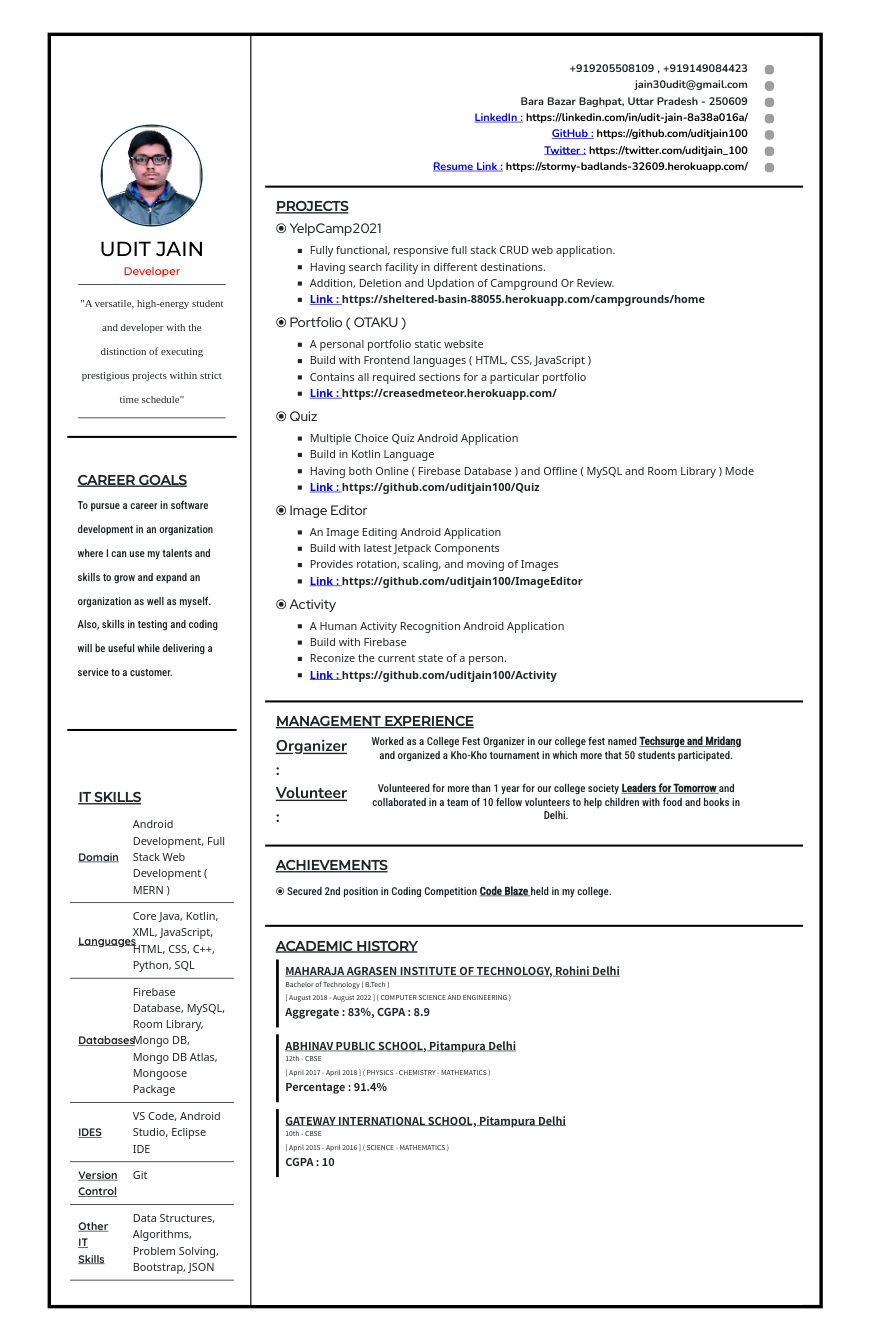
Repository: uditjain100/Resume
Page: index.html
An editor plug-in stored every save of this project. The page is shown before and after the next save, followed by the edit.
The browser window is 1280 px wide. The pictures show the whole page, at 68% of full size.
Pictures or frames that could not be fetched are drawn as grey boxes. Some web fonts or font styles are not loaded; a fallback is used.

Above is the page before, as saved 2021-05-28 02:10:49.

### index.html
<!DOCTYPE html>
<html lang="en">
	<head>
		<meta charset="UTF-8" />
		<meta http-equiv="X-UA-Compatible" content="IE=edge" />
		<meta name="viewport" content="width=device-width, initial-scale=1.0" />
		<title>RESUME : Udit Jain</title>
		<link rel="stylesheet" href="app.css" />
		<script
			src="https://code.jquery.com/jquery-3.5.1.min.js"
			integrity="sha256-9/aliU8dGd2tb6OSsuzixeV4y/faTqgFtohetphbbj0="
			crossorigin="anonymous"
		></script>
		<link
			href="https://cdn.jsdelivr.net/npm/bootstrap@5.0.0-beta1/dist/css/bootstrap.min.css"
			rel="stylesheet"
			integrity="sha384-giJF6kkoqNQ00vy+HMDP7azOuL0xtbfIcaT9wjKHr8RbDVddVHyTfAAsrekwKmP1"
			crossorigin="anonymous"
		/>

		<link rel="preconnect" href="https://fonts.gstatic.com" />
		<link
			href="https://fonts.googleapis.com/css2?family=Montserrat:wght@300;500&display=swap"
			rel="stylesheet"
		/>
		<link
			href="https://fonts.googleapis.com/css2?family=Roboto+Condensed:wght@500&display=swap"
			rel="stylesheet"
		/>
		<link
			href="https://fonts.googleapis.com/css2?family=Spartan:wght@500&display=swap"
			rel="stylesheet"
		/>
		<link
			href="https://fonts.googleapis.com/css2?family=Red+Hat+Display:wght@500&display=swap"
			rel="stylesheet"
		/>
		<link
			href="https://fonts.googleapis.com/css2?family=Ubuntu:wght@300&display=swap"
			rel="stylesheet"
		/>
		<link
			href="https://fonts.googleapis.com/css2?family=Quicksand:wght@700&display=swap"
			rel="stylesheet"
		/>
		<link
			href="https://fonts.googleapis.com/css2?family=Nunito:wght@700&display=swap"
			rel="stylesheet"
		/>
		<link
			href="https://fonts.googleapis.com/css2?family=Akaya+Kanadaka&display=swap"
			rel="stylesheet"
		/>
		<link
			href="https://fonts.googleapis.com/css2?family=Poppins:wght@400&display=swap"
			rel="stylesheet"
		/>
		<link
			href="https://fonts.googleapis.com/css2?family=Noto+Sans+JP&display=swap"
			rel="stylesheet"
		/>
	</head>
	<body>
		<main class="container row my-5 mx-auto" id="wholewindow">
			<section id="leftwindow" class="col-3">
				<article id="namebox">
					<img
						id="profileimg"
						src="profile.jpg"
						class="card-img-top"
						alt="..."
					/>
					<div class="card-body">
						<h3
							class="card-title"
							style="
								color: black;
								text-decoration: none;
								font-size: 30px;
								font-weight: 400;
							"
						>
							UDIT JAIN
						</h3>
						<h6 class="card-subtitle mx-auto">Developer</h6>
						<p id="summary">
							"A versatile, high-energy student and developer with the
							distinction of executing prestigious projects within strict time
							schedule"
						</p>
					</div>
				</article>

				<article class="card-body" id="goalbox">
					<h3 class="card-title">CAREER GOALS</h3>
					<p>
						To pursue a career in software development in an organization where
						I can use my talents and skills to grow and expand an organization
						as well as myself. Also, skills in testing and coding will be useful
						while delivering a service to a customer.
					</p>
				</article>

				<article class="card-body" id="itskillsbox">
					<h3 class="card-title">IT SKILLS</h3>
					<ul class="list-group">
						<li id="itskillsitem" class="row">
							<span class="col-4" id="que">Domain</span>
							<span class="col-8" id="ans"
								>Android Development, Full Stack Web Development ( MERN )</span
							>
						</li>
						<li id="itskillsitem" class="row">
							<span class="col-4" id="que">Languages</span>
							<span class="col-8" id="ans"
								>Core Java, Kotlin, XML, JavaScript, HTML, CSS, C++, Python,
								SQL</span
							>
						</li>
						<li id="itskillsitem" class="row">
							<span class="col-4" id="que">Databases</span>
							<span class="col-8" id="ans"
								>Firebase Database, MySQL, Room Library, Mongo DB, Mongo DB
								Atlas, Mongoose Package</span
							>
						</li>
						<li id="itskillsitem" class="row">
							<span class="col-4" id="que">IDES</span>
							<span class="col-8" id="ans"
								>VS Code, Android Studio, Eclipse IDE</span
							>
						</li>
						<li id="itskillsitem" class="row">
							<span class="col-4" id="que">Version Control</span>
							<span class="col-8" id="ans">Git</span>
						</li>
						<li id="itskillsitem" class="row">
							<span class="col-4" id="que">Other IT Skills</span>
							<span class="col-8" id="ans"
								>Data Structures, Algorithms, Problem Solving, Bootstrap,
								JSON</span
							>
						</li>
					</ul>
				</article>
			</section>
			<section id="rightwindow" class="col-9">
				<article class="card-body" id="contactbox">
					<ul class="list-group">
						<li id="contactitem" class="row">
							<div class="col-11">+919205508109 , +919149084423</div>
							<div class="col-1">
								<img
									src="https://cdn.jsdelivr.net/npm/simple-icons@3.0.1/icons/android.svg"
									alt=""
								/>
							</div>
						</li>
						<li id="contactitem" class="row">
							<div class="col-11">jain30udit@gmail.com</div>
							<div class="col-1">
								<img
									src="https://cdn.jsdelivr.net/npm/simple-icons@3.0.1/icons/gmail.svg"
									alt=""
								/>
							</div>
						</li>
						<li id="contactitem" class="row">
							<div class="col-11">
								Bara Bazar Baghpat, Uttar Pradesh - 250609
							</div>
							<div class="col-1">
								<img
									src="https://cdn.jsdelivr.net/npm/simple-icons@3.0.1/icons/googlemaps.svg"
									alt=""
								/>
							</div>
						</li>
						<li id="contactitem" class="row">
							<div class="col-11">
								<span>LinkedIn :</span>
								<a href="https://linkedin.com/in/udit-jain-8a38a016a/"
									>https://linkedin.com/in/udit-jain-8a38a016a/</a
								>
							</div>
							<div class="col-1">
								<img
									src="https://cdn.jsdelivr.net/npm/simple-icons@4.13.0/icons/linkedin.svg"
									alt=""
								/>
							</div>
						</li>
						<li id="contactitem" class="row">
							<div class="col-11">
								<span>GitHub :</span>
								<a href="https://github.com/uditjain100"
									>https://github.com/uditjain100</a
								>
							</div>
							<div class="col-1">
								<img
									src="https://cdn.jsdelivr.net/npm/simple-icons@4.13.0/icons/github.svg"
									alt=""
								/>
							</div>
						</li>
						<li id="contactitem" class="row">
							<div class="col-11">
								<span>Twitter :</span>
								<a href="https://twitter.com/uditjain_100"
									>https://twitter.com/uditjain_100</a
								>
							</div>
							<div class="col-1">
								<img
									src="https://cdn.jsdelivr.net/npm/simple-icons@4.13.0/icons/twitter.svg"
									alt=""
								/>
							</div>
						</li>
						<li id="contactitem" class="row">
							<div class="col-11">
								<span>Resume Link :</span>
								<a href="https://stormy-badlands-32609.herokuapp.com/"
									>https://stormy-badlands-32609.herokuapp.com/</a
								>
							</div>
							<div class="col-1">
								<img
									src="https://cdn.jsdelivr.net/npm/simple-icons@4.13.0/icons/webpack.svg"
									alt=""
								/>
							</div>
						</li>
					</ul>
				</article>

				<article class="card-body" id="projectbox">
					<h3 class="card-title">PROJECTS</h3>
					<ul class="list-group">
						<li id="projectitem">
							<h5 id="projecttitle">⦿ YelpCamp2021</h5>
							<div id="projectdetails">
								<ul class="list-group">
									<li>
										Fully functional, responsive full stack CRUD web
										application.
									</li>
									<li>Having search facility in different destinations.</li>
									<li>
										Addition, Deletion and Updation of Campground Or Review.
									</li>
									<li>
										<span>Link : </span>
										https://sheltered-basin-88055.herokuapp.com/campgrounds/home
									</li>
								</ul>
							</div>
						</li>
						<li id="projectitem">
							<h5 id="projecttitle">⦿ Portfolio ( OTAKU )</h5>
							<div id="projectdetails">
								<ul class="list-group">
									<li>A personal portfolio static website</li>
									<li>
										Build with Frontend languages ( HTML, CSS, JavaScript )
									</li>
									<li>
										Contains all required sections for a particular portfolio
									</li>
									<li>
										<span>Link : </span>
										https://creasedmeteor.herokuapp.com/
									</li>
								</ul>
							</div>
						</li>
						<li id="projectitem">
							<h5 id="projecttitle">⦿ Quiz</h5>
							<div id="projectdetails">
								<ul class="list-group">
									<li>Multiple Choice Quiz Android Application</li>
									<li>Build in Kotlin Language</li>
									<li>
										Having both Online ( Firebase Database ) and Offline ( MySQL
										and Room Library ) Mode
									</li>
									<li>
										<span>Link : </span>
										https://github.com/uditjain100/Quiz
									</li>
								</ul>
							</div>
						</li>
						<li id="projectitem">
							<h5 id="projecttitle">⦿ Image Editor</h5>
							<div id="projectdetails">
								<ul class="list-group">
									<li>An Image Editing Android Application</li>
									<li>Build with latest Jetpack Components</li>
									<li>Provides rotation, scaling, and moving of Images</li>
									<li>
										<span>Link : </span>
										https://github.com/uditjain100/ImageEditor
									</li>
								</ul>
							</div>
						</li>
						<li id="projectitem">
							<h5 id="projecttitle">⦿ Activity</h5>
							<div id="projectdetails">
								<ul class="list-group">
									<li>A Human Activity Recognition Android Application</li>
									<li>Build with Firebase</li>
									<li>Reconize the current state of a person.</li>
									<li>
										<span>Link : </span>
										https://github.com/uditjain100/Activity
									</li>
								</ul>
							</div>
						</li>
					</ul>
				</article>

				<article class="card-body" id="managementskillsbox">
					<h3 class="card-title">MANAGEMENT EXPERIENCE</h3>
					<ul class="list-group">
						<li id="managementskillsitem" class="row">
							<span id="tag" class="col-2"><span>Organizer</span> : </span>
							<p class="col-9">
								Worked as a College Fest Organizer in our college fest named
								<span style="font-weight: 700; text-decoration: underline"
									>Techsurge and Mridang
								</span>
								and organized a Kho-Kho tournament in which more that 50
								students participated.
							</p>
						</li>
						<li id="managementskillsitem" class="row">
							<span id="tag" class="col-2"><span>Volunteer</span> : </span>
							<p class="col-9">
								Volunteered for more than 1 year for our college society
								<span style="font-weight: 700; text-decoration: underline"
									>Leaders for Tomorrow </span
								>and collaborated in a team of 10 fellow volunteers to help
								children with food and books in Delhi.
							</p>
						</li>
					</ul>
				</article>

				<article class="card-body" id="achievementsbox">
					<h3 class="card-title">ACHIEVEMENTS</h3>
					<ul class="list-group">
						<li id="achievementitem" class="row">
							<p>
								⦿ Secured 2nd position in Coding Competition
								<span style="font-weight: 700; text-decoration: underline"
									>Code Blaze
								</span>
								held in my college.
							</p>
						</li>
					</ul>
				</article>

				<article class="card-body" id="educationbox">
					<h3 class="card-title">ACADEMIC HISTORY</h3>
					<ul class="list-group">
						<li id="educationitem">
							<h6 id="institutename">
								MAHARAJA AGRASEN INSTITUTE OF TECHNOLOGY, Rohini Delhi
							</h6>
							<h6 id="stream">Bachelor of Technology ( B.Tech )</h6>
							<h6 id="subjects">
								[ August 2018 - August 2022 ] ( COMPUTER SCIENCE AND ENGINEERING
								)
							</h6>
							<h6 id="marks">Aggregate : 83%, CGPA : 8.9</h6>
						</li>
						<li id="educationitem">
							<h6 id="institutename">ABHINAV PUBLIC SCHOOL, Pitampura Delhi</h6>
							<h6 id="stream">12th - CBSE</h6>
							<h6 id="subjects">
								[ April 2017 - April 2018 ] ( PHYSICS - CHEMISTRY - MATHEMATICS
								)
							</h6>
							<h6 id="marks">Percentage : 91.4%</h6>
						</li>
						<li id="educationitem">
							<h6 id="institutename">
								GATEWAY INTERNATIONAL SCHOOL, Pitampura Delhi
							</h6>
							<h6 id="stream">10th - CBSE</h6>
							<h6 id="subjects">
								[ April 2015 - April 2016 ] ( SCIENCE - MATHEMATICS )
							</h6>
							<h6 id="marks">CGPA : 10</h6>
						</li>
					</ul>
				</article>
			</section>
		</main>
	</body>
</html>

### app.css
/* * Common Section */

@keyframes transitionIn {
	from {
		opacity: 0;
		transform: rotateY(-10deg);
	}
	to {
		opacity: 1;
		transform: rotateY(0);
	}
}

html {
	animation: transitionIn 1s;
}

p {
	font-family: "Roboto Condensed", sans-serif;
	line-height: 35px;
}

ul {
	list-style: none;
}
article {
	border-bottom: 3px black solid;
}

.card-title {
	font-family: "Montserrat";
	text-decoration: underline;
	font-weight: 900;
	font-size: 20px;
}

.card-subtitle {
	color: red;
}

.footer {
	position: -webkit-sticky;
	left: 0;
	bottom: 0;
	width: 100%;
	color: white;
	text-align: center;
	font-family: "Montserrat";
}

/*  ********************* resume work */

#wholewindow {
	border: 5px black solid;
	display: flex;
	flex-direction: row;
	flex-wrap: wrap;
	justify-content: space-evenly;
	/* align-items: center; */
}

#leftwindow {
	padding: 120px 20px 0px 0px;
	border-right: 2px black solid;
	min-width: 250px;
}

#rightwindow {
	padding: 20px 0px 0px 20px;
	min-width: 250px;
	background-color: white;
}

#namebox {
	display: flex;
	flex-direction: column;
	flex-wrap: wrap;
	align-items: center;
	text-align: center;
	font-family: "Montserrat";
}

#profileimg {
	width: 150px;
	height: 150px;
	border-radius: 50%;
	border: 2px #003049 solid;
	margin-top: 10px;
}
#summary {
	font-family: "Akaya Kanadaka";
	margin-top: 10px;
	margin-bottom: 10px;
	padding-top: 10px;
	padding-bottom: 10px;

	border-bottom: 1px black solid;
	border-top: 1px black solid;
}

#goalbox {
	padding: 50px 15px 50px 15px;
}

#managementskillsitem p {
	line-height: 20px;
	text-align: center;
}

#tag {
	font-family: "Nunito";
	font-size: 23px;
	font-weight: 900;
	text-align: left;
}

#tag span {
	text-decoration: underline;
}

li img {
	width: 15px;
	height: 15px;
	border-radius: 50%;
	margin-right: 5px;
}

#itskillsbox {
	margin: 70px 0px 20px 0px;
	border: none;
}
#educationbox {
	border: none;
}

#itskillsitem {
	border-bottom: 1px black solid;
	padding: 7px 0px 7px 0px;
}

#que {
	font-family: "Quicksand";
	text-decoration: underline;
	font-size: 16px;
	font-weight: 800;
	display: flex;
	align-items: center;
}

#contactitem {
	font-family: "Nunito";
}

#contactitem .col-11 {
	text-align: end;
}

#contactitem div a {
	text-decoration: none;
	color: black;
}

#contactitem div a:hover {
	text-decoration: underline;
	color: blue;
}

#contactitem .col-11 span {
	font-weight: 600;
	color: blue;
	text-decoration: underline;
}

#educationtitle {
	font-family: "Red Hat Display";
	font-weight: 200;
}

#educationitem {
	margin-bottom: 10px;
	padding: 10px 0px 10px 10px;
	border-left: 4px black solid;
}

#educationbox {
	font-family: "Noto Sans JP";
}

#educationitem h6 {
	line-height: 12px;
}

#institutename {
	text-decoration: underline;
	font-weight: 800;
	font-size: 16px;
}

#timestamp {
	font-size: 10px;
}

#stream {
	font-size: 10px;
	font-weight: 400;
}

#subjects {
	font-size: 10px;
	font-weight: 300;
}

#marks {
	/* font-size: 15px; */
	font-weight: 700;
}

#projecttitle {
	font-family: "Red Hat Display";
}

#projectdetails ul {
	list-style-type: square;
}

#projectdetails ul li:nth-of-type(4) {
	font-weight: 700;
	padding-bottom: 10px;
}

#projectdetails ul li span {
	color: blue;
	text-decoration: underline;
}

#projectdetails {
	margin-left: 50px;
}

After the next save:
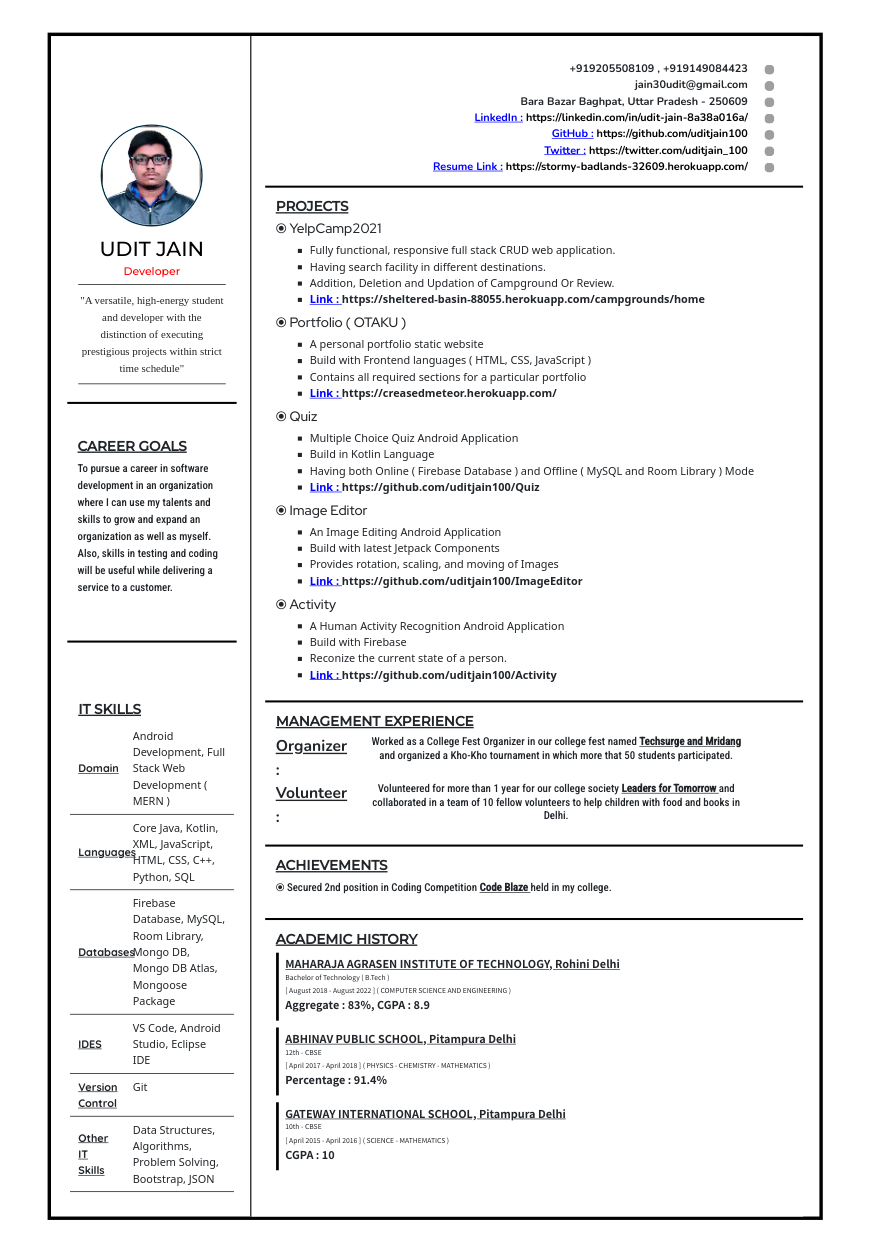
Saved 6 s later.
--- a/app.css
+++ b/app.css
@@ -17,7 +17,7 @@ html {
 
 p {
 	font-family: "Roboto Condensed", sans-serif;
-	line-height: 35px;
+	line-height: 25px;
 }
 
 ul {
